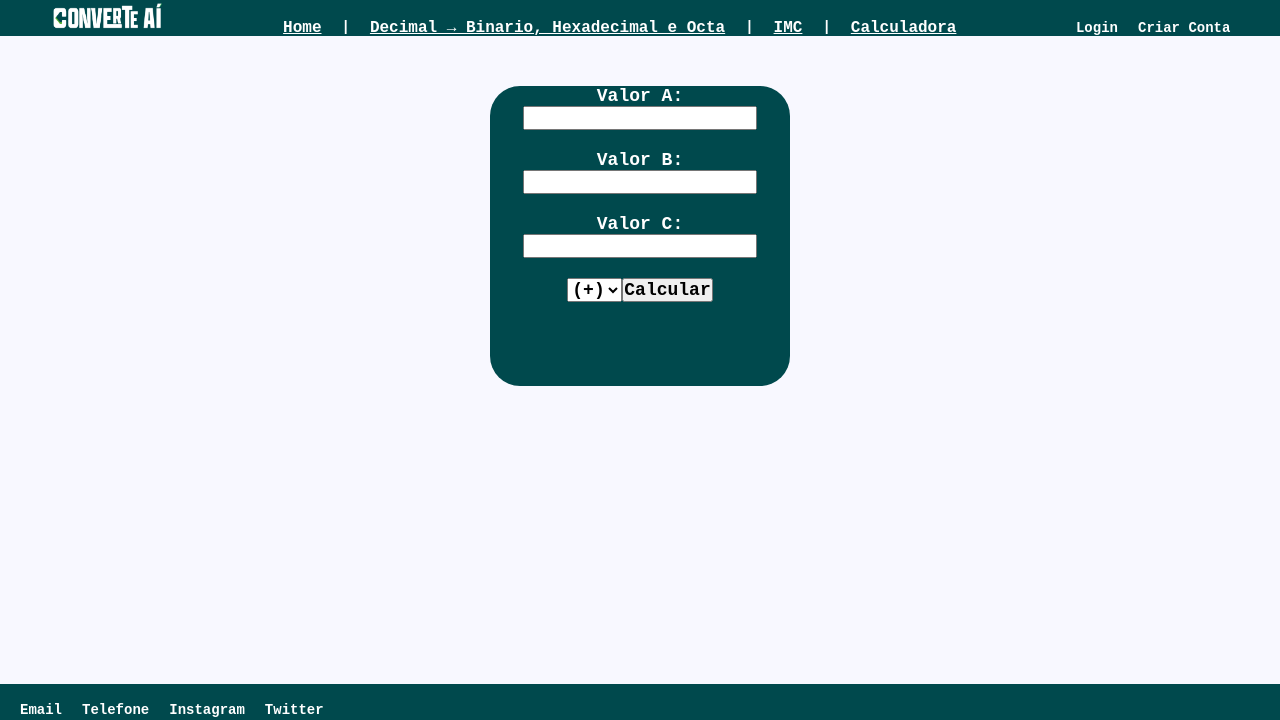
Repository: Frav1u/converteai
Page: ConverteAi/src/main/webapp/META-INF/calculadora.html
These files come from the project's save history. The page is drawn as it stood at one moment and after the next save; the edit follows.
The browser window is 1280 px wide. The pictures show the whole page.
Some web fonts or font styles are not loaded; a fallback is used.

Above is the page before, as saved 2023-10-01 21:28:59.

After the next save:
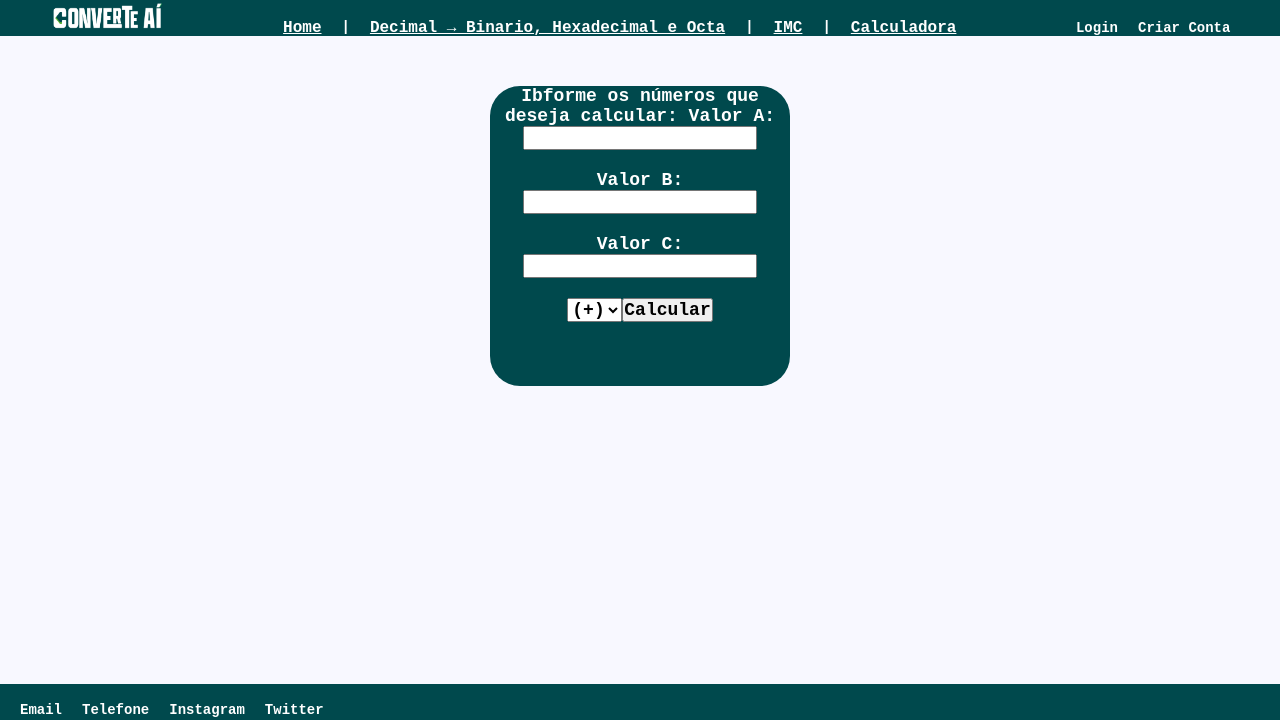
Saved 92 s later.
--- a/ConverteAi/src/main/webapp/META-INF/calculadora.html
+++ b/ConverteAi/src/main/webapp/META-INF/calculadora.html
@@ -31,7 +31,7 @@
 	<main>
 		<div class="caixa">
 	<form action= "Resultado.jsp" method = "get">
-
+		<label> Ibforme os números que deseja calcular:</label>
 		<label>Valor A: </label>
 		<input type="text" name="ValorA"><br>
 		<br>
